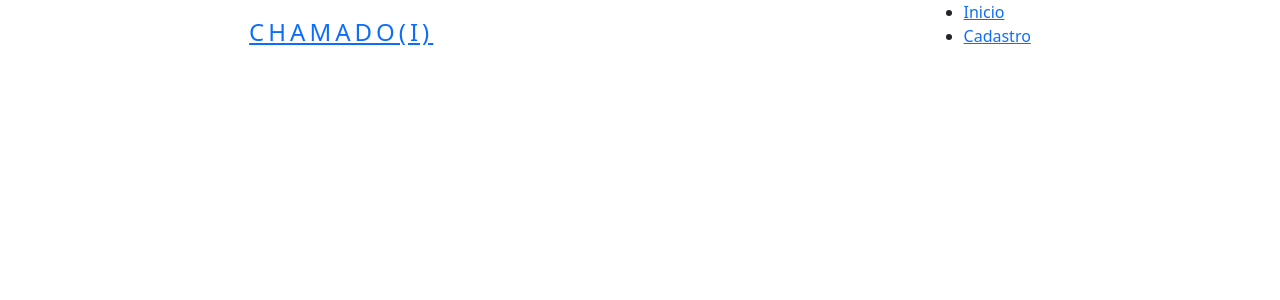
Repository: isaquemc2001/isaque-utilities
Page: index.html
These files come from the project's save history. The page is drawn as it stood at one moment and after the next save; the edit follows.
The browser window is 1280 px wide. The pictures show the whole page.

Above is the page before, as saved 2021-10-28 09:00:29.

After the next save:
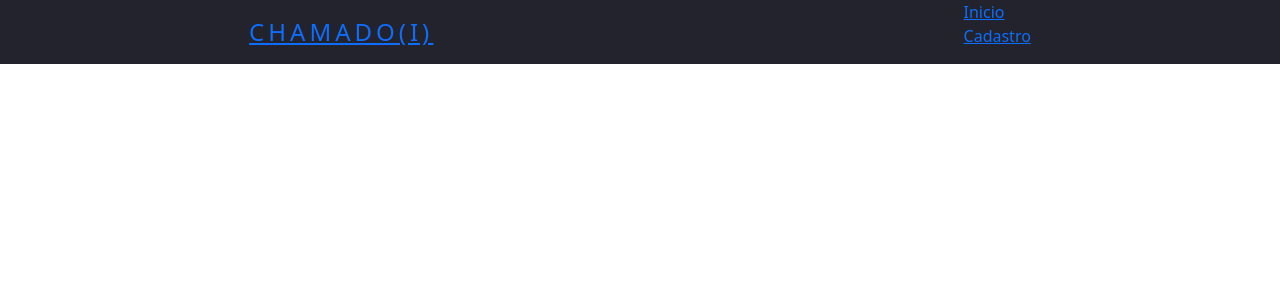
Saved 54 s later.
--- a/style.css
+++ b/style.css
@@ -24,4 +24,5 @@ nav{
     justify-content: space-around;
     align-items: center;
     font-family: system-ui, -apple-system, Helvetica, Arial, sans-serif;
+    background: #23232e;
 }
